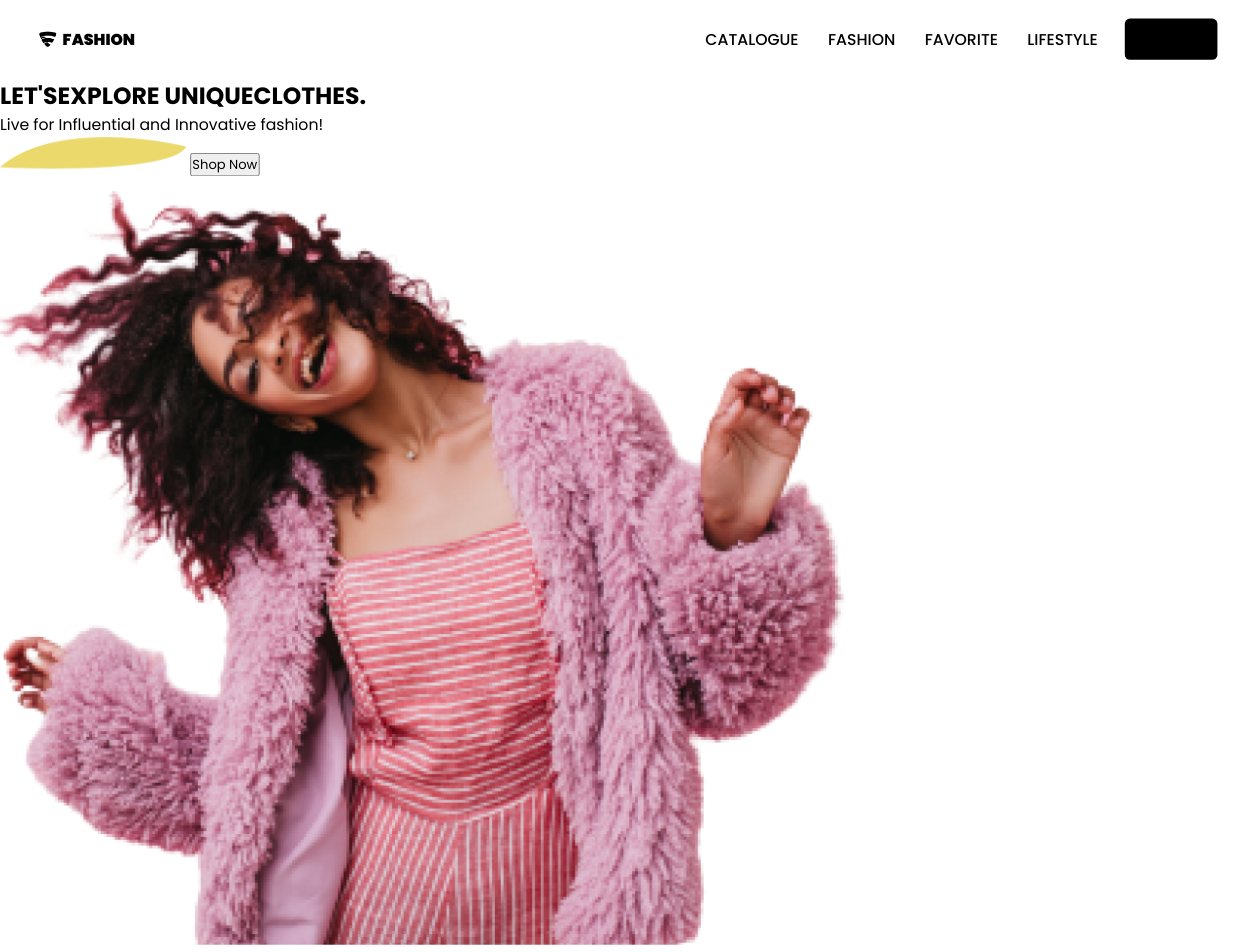
Repository: isaacCodes1/FashionSite
Page: index.html
These files come from the project's save history. The page is drawn as it stood at one moment and after the next save; the edit follows.
The browser window is 1280 px wide. The pictures show the whole page, at 98% of full size.
The pointer rests on the first visible `.navItems button`.

Above is the page before, as saved 2024-03-11 15:32:32.

### index.html
<!DOCTYPE html>
<html lang="en">
  <head>
    <meta charset="UTF-8" />
    <meta name="viewport" content="width=device-width, initial-scale=1.0" />
    <title>Shopping Site Assignment</title>
    <link rel="stylesheet" href="style.css">
  </head>
  <body>
    <header>
      <nav>
        <div class="image">
          <a href="#"><img src="/Assets/Vector.png" />FASHION</a>
        </div>
        <div class="navItems">
          <ul>
            <li><a href="#">CATALOGUE</a></li>
            <li><a href="#">FASHION</a></li>
            <li><a href="#">FAVORITE</a></li>
            <li><a href="#">LIFESTYLE</a></li>
          </ul>
          <button>SIGN UP</button>
        </div>
      </nav>
    </header>
    <main>
      <section class="firstpagecont">
        <div class="firstpage">
          <div class="txtcont">
            <h1>
              <span class="spn1">LET'S</span>EXPLORE
              <span class="spn2">UNIQUE</span>CLOTHES.
            </h1>
            <p>Live for Influential and Innovative fashion!</p>
            <div class="txtbtn">
              <img src="/Assets/Vector 9.png" alt="" />
              <button class="btns">Shop Now</button>
            </div>
          </div>
          <div class="imgcont">
            <img src="/Assets/girl.png" alt="" />
          </div>
        </div>
      </section>
    </main>
  </body>
</html>

### style.css
@import url("https://fonts.googleapis.com/css2?family=Poppins:ital,wght@0,100;0,200;0,300;0,400;0,500;0,600;0,700;0,800;0,900;1,100;1,200;1,300;1,400;1,500;1,600;1,700;1,800;1,900&display=swap");
* {
  margin: 0;
  padding: 0;
  box-sizing: border-box;
  font-family: "Poppins", sans-serif;
}
nav {
  display: flex;
  align-items: center;
  justify-content: space-between;
  width: 100%;
  padding: 20px 40px;
}
.image a {
  display: flex;
  align-items: center;
  gap: 6px;
  text-decoration: none;
  color: #000;
  font-size: 16px;
  font-weight: 900;
}
.image a img{
    width: 16%;
}
.navItems{
    display: flex;
    gap: 30px;
    align-items: center;
}
.navItems ul{
    display: flex;
    gap: 30px;
    list-style: none;
}
.navItems ul li a{
    text-decoration: none;
    color: #000;
    font-size: 16px;
    font-weight: 500;
}
.navItems li:hover{
    transform: scale(1.05);
    transition: 1s ease-in-out;
}
.navItems button{
    border: 0;
    background: #000;
    padding: 10px 20px;
    color: #fff;
    border-radius: 5px;
    font-size: 13px;
}
.navItems button:hover{
    transform: scale(1.05);
    transition: 1s ease-in-out;
    color: #000;
    background: ;
}

After the next save:
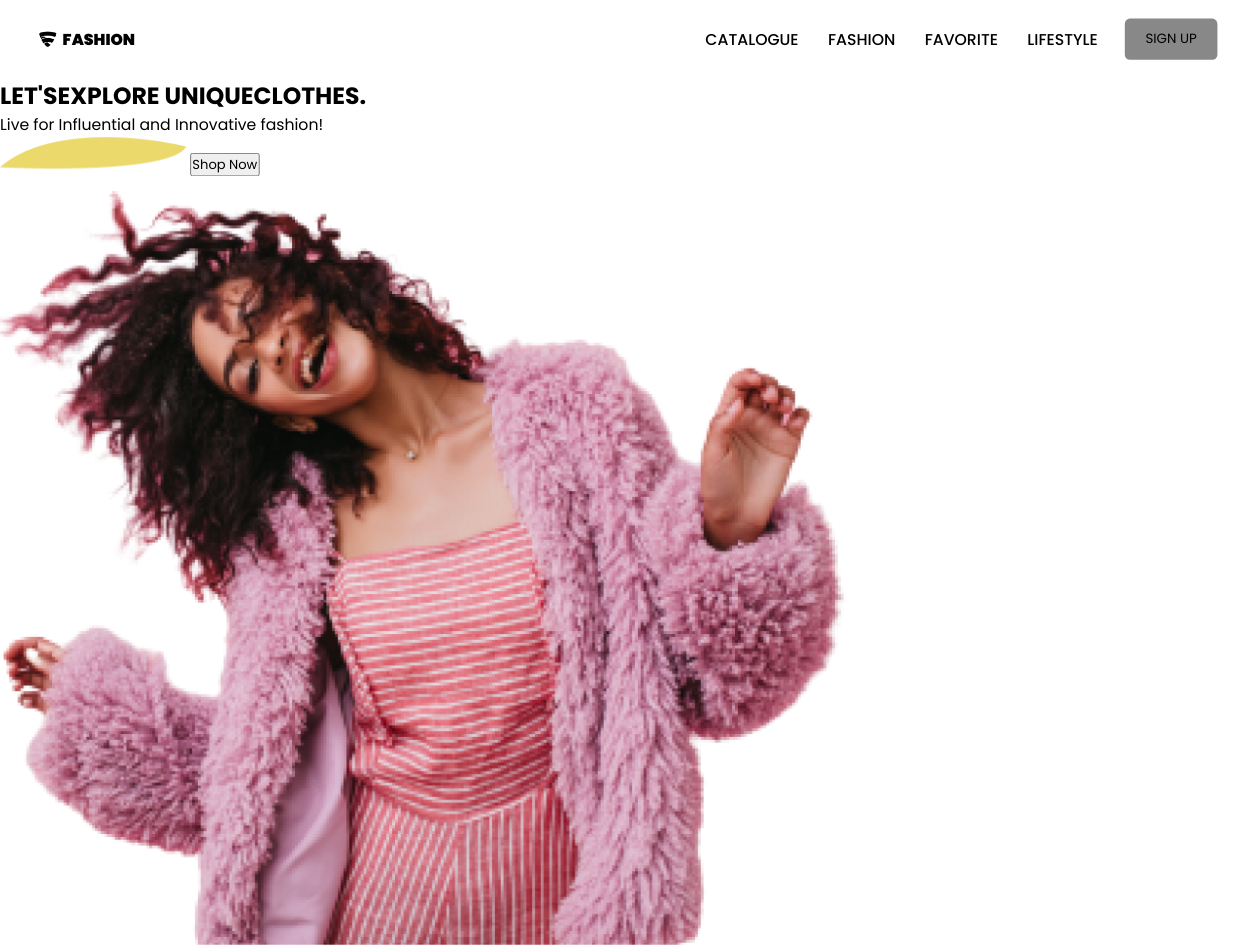
Saved 9 s later.
--- a/style.css
+++ b/style.css
@@ -56,5 +56,5 @@
     transform: scale(1.05);
     transition: 1s ease-in-out;
     color: #000;
-    background: ;
+    background: rgb(137, 136, 136);
 }
